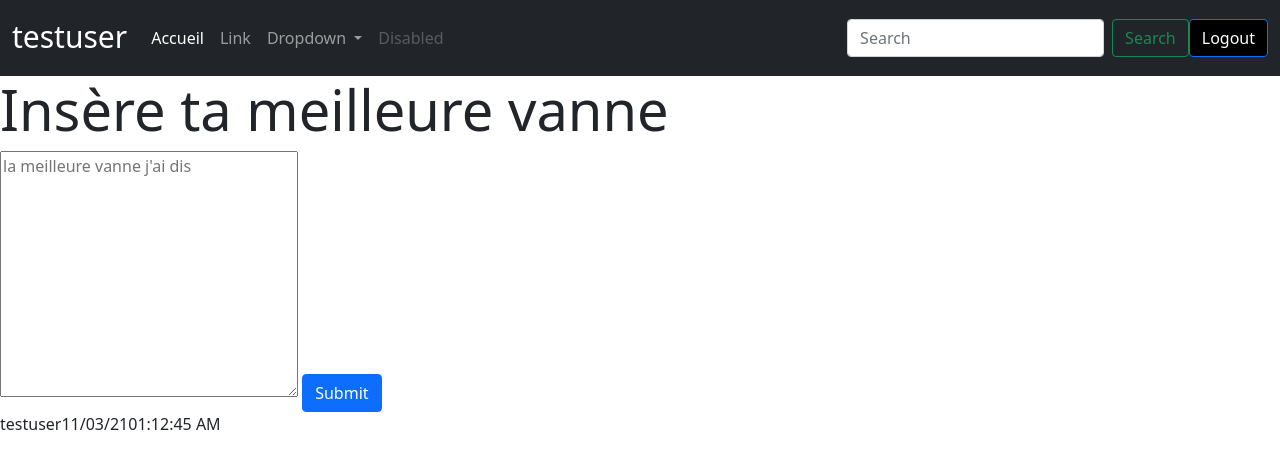
Repository: Mini-T/php-propre
Page: http://localhost/writer.php
The author's editor kept a copy of each file at every save. The page is drawn from the files as they stood at one save, then again after the next save.
The browser window is 1280 px wide. The pictures show the whole page.
The page is run by PHP 8.4 with error messages shown; the project is at /var/www/html/. The session is filled in as if someone had signed in: {"username": "testuser"}. Other server files are loaded and not shown.

Above is the page before, as saved 2021-03-11 15:36:52.

### proj/writer.php
<?php require_once("include/header.inc.php"); ?>
<form id="writer" method="post" action="#">
    <h1 class="display-4 post">Insère ta meilleure vanne</h1>
    <textarea name="joke" id="joke" cols="30" rows="10" placeholder="la meilleure vanne j'ai dis"></textarea>
    <input type="submit" class="btn btn-primary " >
</form>
<?php

    echo $_SESSION['username'];
    $date = date('d/m/y', time());
    $heure = date('h:i:s A', time());
    echo $date;
    echo $heure;
    if(!empty($_POST)){
        try {
            $user = $_SESSION['username'];
            $safeuser = htmlentities($user, ENT_QUOTES);
            $postcontent = $_POST['joke'];
            $safecontent = htmlentities($postcontent, ENT_QUOTES);
            $jkpost = $pdo->exec("INSERT INTO joke(utilisateur, content, date, heure, upvote) VALUES('$safeuser', '$safecontent', '$date', '$heure', 0)");
        } catch(PDOException $e) {
            echo $e->getMessage();
        }
    }
    ?>
    <?php require_once("include/footer.inc.php"); ?>

### proj/include/header.inc.php
<!DOCTYPE html>
<html lang="en">

<head>
    <meta charset="UTF-8">
    <meta http-equiv="X-UA-Compatible" content="IE=edge">
    <meta name="viewport" content="width=device-width, initial-scale=1.0">
    <title>Document</title>
    <script src="vendors/js/bootstrap.js"></script>
    <link rel="stylesheet" href="vendors/css/bootstrap.css">
    <link rel="stylesheet" href="additional-css/FormRegister.css">


    <?php
    require_once 'init/pdo.init.php';
    require_once 'function.php';
    if(isset($_COOKIE['PHPSESSID'])){
        session_start();
    } else {


        if (isset($_COOKIE['stillconnect'])) {
            if (!isset($_SESSION)) {
                session_start();
                $_SESSION['username'] = $_COOKIE['stillconnect'];
                $thatuser = $_SESSION['username'];
                setcookie('stillconnect', $thatuser, time() + 31536000);
            }
        }
    }

    ?>
</head>

<body>

    <nav class="navbar navbar-expand-lg navbar-dark bg-dark">
        <div class="container-fluid">
            <a class="navbar-brand" href="#">
                <?php if (isset($_SESSION['username'])) { ?>
                    <h6 id="navign"> <?php echo $_SESSION['username'] ?></h6>
                <?php } else{ ?>
                    <h6 id="navign"> <?php echo 'Random grosse merde' ?></h6>
               <?php } ?>
            </a>
            <button class="navbar-toggler" type="button" data-bs-toggle="collapse" data-bs-target="#navbarSupportedContent" aria-controls="navbarSupportedContent" aria-expanded="false" aria-label="Toggle navigation">
                <span class="navbar-toggler-icon"></span>
            </button>
            <div class="collapse navbar-collapse" id="navbarSupportedContent">
                <ul class="navbar-nav me-auto mb-2 mb-lg-0">
                    <li class="nav-item">
                        <a class="nav-link active" aria-current="page" href="./Accueil.php">Accueil</a>
                    </li>
                    <li class="nav-item">
                        <a class="nav-link" href="#">Link</a>
                    </li>
                    <li class="nav-item dropdown">
                        <a class="nav-link dropdown-toggle" href="#" id="navbarDropdown" role="button" data-bs-toggle="dropdown" aria-expanded="false">
                            Dropdown
                        </a>
                        <ul class="dropdown-menu" aria-labelledby="navbarDropdown">
                            <li><a class="dropdown-item" href="#">Action</a></li>
                            <li><a class="dropdown-item" href="#">Another action</a></li>
                            <li>
                                <hr class="dropdown-divider">
                            </li>
                            <li><a class="dropdown-item" href="#">Something else here</a></li>
                        </ul>
                    </li>
                    <li class="nav-item">
                        <a class="nav-link disabled" href="#" tabindex="-1" aria-disabled="true">Disabled</a>
                    </li>
                </ul>


                <form class="d-flex">
                    <input class="form-control me-2" type="search" placeholder="Search" aria-label="Search">
                    <button class="btn btn-outline-success" type="submit">Search</button>

                </form>
                <?php if (isset($_SESSION['username'])) { ?>
                    <form action="#" method="POST">
                        <button class="btn btn-primary Logout" value = 1 type="submit" name="Logout"><a id="logout" style="text-decoration: none; color:white;" href="./Logout.php" >Logout</a></button>
                        </form>
                        <?php } else { ?>
                        <form action="/proj/FormLogin.php" method="post">
                            <input type="submit" value="Login" class="btn btn-primary Login" name="Login" /></form>
                    <?php } ?>


            </div>
        </div>
    </nav>
    <div class="main">

### proj/include/init/pdo.init.php
<?php try {
    $pdo = new PDO("mysql:host=localhost;dbname=réseau", "root", "");

    $pdo->setAttribute(PDO::ATTR_ERRMODE, PDO::ERRMODE_EXCEPTION);
} catch (PDOException $e) {

    echo "Connection failed: " . $e->getMessage();
}
?>

### proj/include/function.php
<?php
function InputCompletionCheck($a, $b, $c, $a1, $b1, $c1) {
   if (empty($a)) {

    echo "veuillez rentrer votre $a1";

} elseif (empty($b)) {

    echo "veuillez rentrer votre $b1 ça sert des fois";

} elseif (empty($c)) {

    echo "veuillez définir votre $c1 c'est important en vrai";

}
} ?>

### proj/additional-css/FormRegister.css
/* REGISTER ET LOGIN */

.champs {
  width: 100%;
  justify-content: center;
  margin-bottom: 40px;
  height: 70px;
}
input[type="submit"] {
  margin: 0px;
  size: inherit;
}

.affi {
  display: flex;
  flex-direction: column;

  margin: 10px;
  height: 500px;
}
.out {
  display: flex;
  align-content: space-between;
  width: auto;
  padding: 20px;
  margin-top: 5%;
  height: auto;
}
.main {
  display: flex;
  flex-direction: column;
  justify-content: center;
  width: 100%;
}
.login {
  width: 100%;
  height: 50px;
  bottom: 50px;
  margin-top: 20px;
  margin-bottom: 20px;
}
.Logout{
  background: black;
}

#mdp {
  margin-bottom: 20px;
}

.titre {
  font-family: quicksand;
  margin: 5px;
  text-align: center;
  margin-bottom: 20px;
  background: linear-gradient(to left, rgba(0, 0, 0, 0.205), 3%, transparent),
    linear-gradient(to right, rgba(0, 0, 0, 0.205), 3%, white);
}
.message {
  font-size: 14px;
  padding: 0px;
  text-align: center;
  margin-top: 20px;
  padding: 10px;
  color: red;
}
.stick {
  display: flex;
  align-self: flex-end;
}
#navign {
  font-size: 30px;
  font-weight: 100;
  margin-top: 6px;
}
.enregistre {
  font-size: 13px;
  font-family: quicksand;
}

/* ACCUEIL.PHP */

#page {
  width: 100%;
  justify-content: center;
  display: flex;
  flex-direction: column;
  background-color: black;
}
.affichage{
  display: flex;
  flex-direction: row;
}
#upvote{
  background: rgba(0, 0, 0, 0.100);
  border: none;
}
.bienvenue{
  text-align: center;
}
/*  WRITER.PHP */

Loaded but not shown: proj/include/footer.inc.php (common file); proj/vendors/js/bootstrap.js (library); proj/vendors/css/bootstrap.css (library)

After the next save:
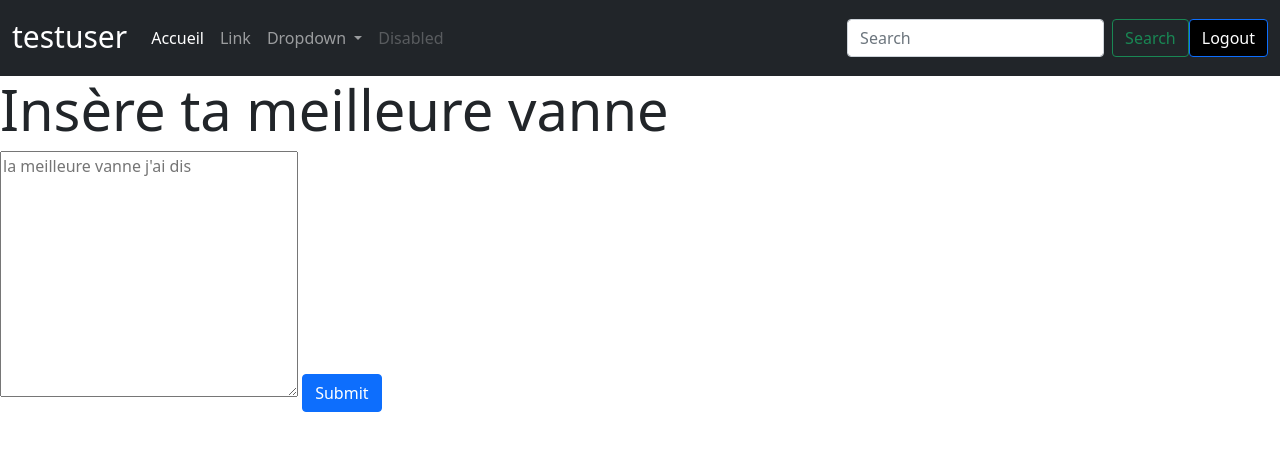
Saved 15 s later.
--- a/proj/writer.php
+++ b/proj/writer.php
@@ -6,11 +6,9 @@
 </form>
 <?php
 
-    echo $_SESSION['username'];
     $date = date('d/m/y', time());
     $heure = date('h:i:s A', time());
-    echo $date;
-    echo $heure;
+
     if(!empty($_POST)){
         try {
             $user = $_SESSION['username'];
